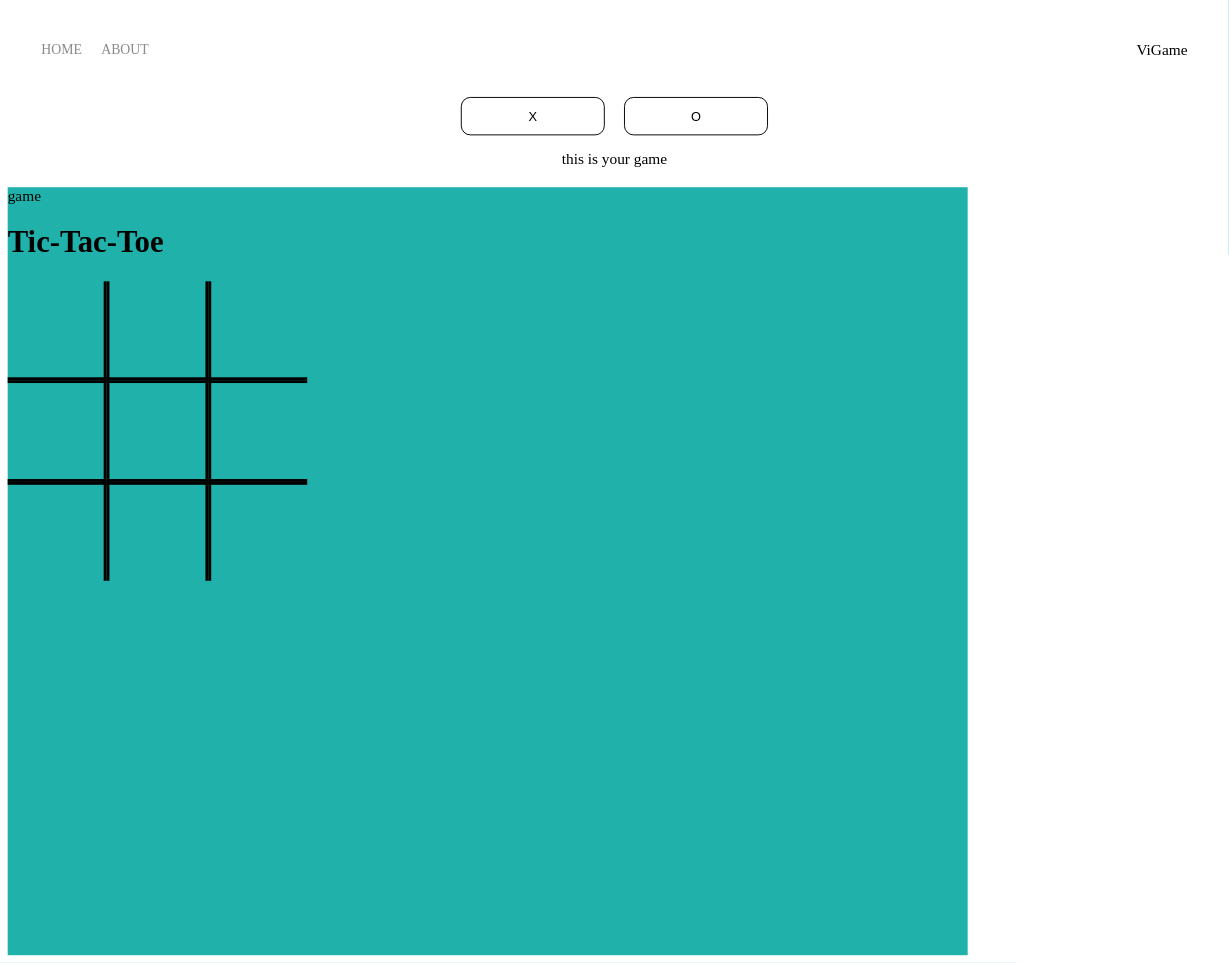
Repository: vahid242/viGame
Page: http://localhost/tic-tac-toe
The author's editor kept a record of every edit. The page is drawn from the files as they stood at one moment, then again after the next edit.
The browser window is 1280 px wide. The pictures show the whole page, at 96% of full size.
The page is served by the project's Node server (v1/app.js).

Above is the page before.

After the next edit:
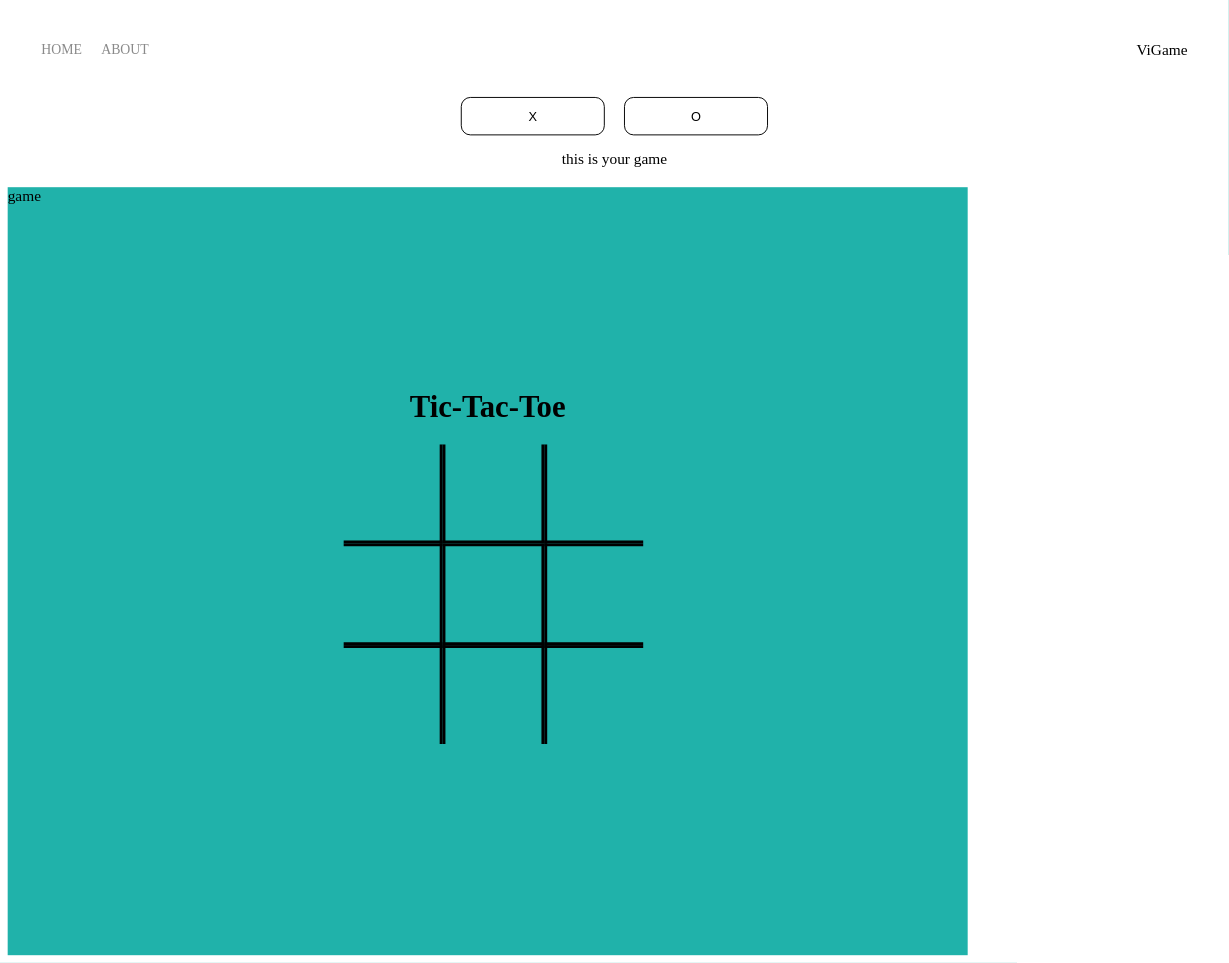
The edit:
--- a/v1/views/tic.ejs
+++ b/v1/views/tic.ejs
@@ -39,7 +39,7 @@
             <div class="downside">
                 <!-- display the board-->
                 <div>game</div>
-                <div class="container">
+                <div class="container-board">
               <h1>Tic-Tac-Toe</h1>
               <div class="play-area">
                 <div id="block_0" class="block"></div>
